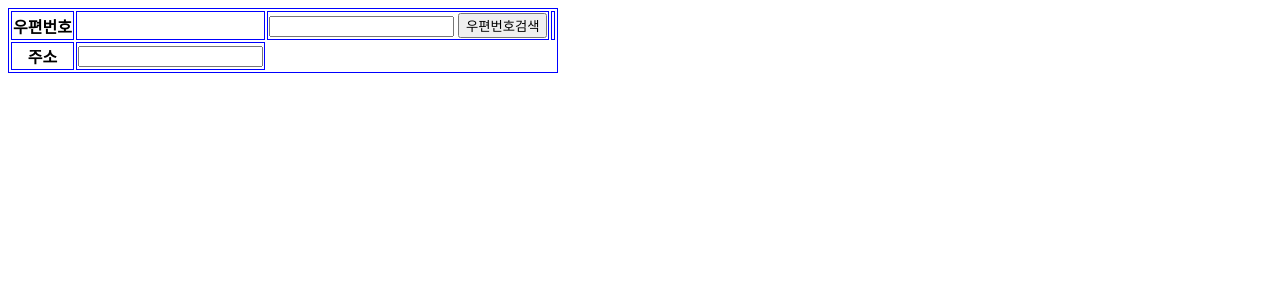
Repository: poomshen/team_03_project2
Page: JavaScript/WebContent/Ex13_Script_Zipcode.html
These files come from the project's save history. The page is drawn as it stood at one moment and after the next save; the edit follows.
The browser window is 1280 px wide. The pictures show the whole page.

Above is the page before, as saved 2016-08-31 00:30:02.

After the next save:
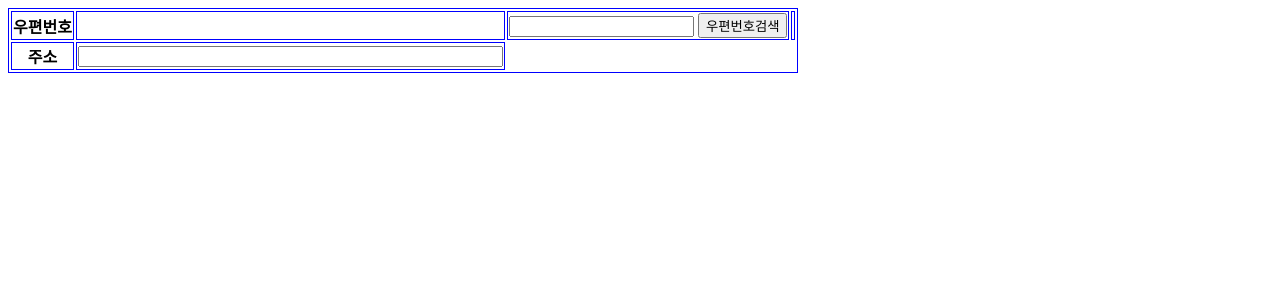
Saved 42 s later.
--- a/JavaScript/WebContent/Ex13_Script_Zipcode.html
+++ b/JavaScript/WebContent/Ex13_Script_Zipcode.html
@@ -21,7 +21,7 @@
  			</tr>
  			<tr>
  					<th>주소</th>
- 					<td><input type="text"></td>
+ 					<td><input type="text" size="50px" name="addr" ></td>
  			</tr>
  		</table>
 
